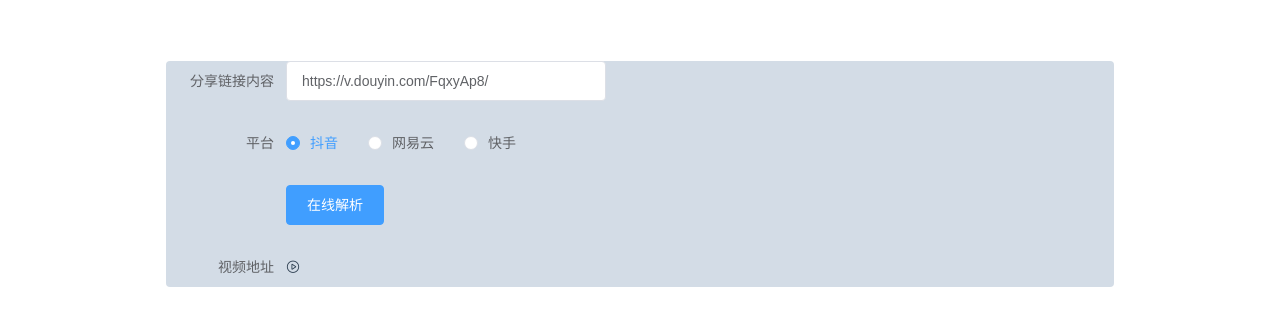
Repository: lyln/freepd
Page: / (app in frontend/freepd/)
An editor plug-in stored every save of this project. The page is shown before and after the next save, followed by the edit.
The browser window is 1280 px wide. The pictures show the whole page.
The project was rebuilt for these pictures with package versions that can differ from the ones it lists, and the page was loaded fresh each time.

Above is the page before, as saved 2022-05-26 09:21:11.

### frontend/freepd/index.html
<!DOCTYPE html>
<html>
  <head>
    <meta charset="utf-8">
    <meta name="viewport" content="width=device-width,initial-scale=1.0">
    <title>freepd</title>
  </head>
  <body>
    <div id="app"></div>
    <!-- built files will be auto injected -->
  </body>
</html>

### frontend/freepd/src/main.js
// The Vue build version to load with the `import` command
// (runtime-only or standalone) has been set in webpack.base.conf with an alias.
import Vue from 'vue'
import App from './App'
import router from './router'
import ElementUI from 'element-ui';
import 'element-ui/lib/theme-chalk/index.css';
import Meta from "vue-meta";

Vue.config.productionTip = false
Vue.use(ElementUI)
Vue.use(Meta);

/* eslint-disable no-new */
new Vue({
  el: '#app',
  router,
  components: { App },
  template: '<App/>'
})

### frontend/freepd/src/App.vue
<template>
	<div id="app">
		<router-view />
	</div>
</template>

<script>
export default {
	name: 'App',
}
</script>

<style>
#app {
	font-family: 'Avenir', Helvetica, Arial, sans-serif;
	-webkit-font-smoothing: antialiased;
	-moz-osx-font-smoothing: grayscale;
	text-align: center;
	color: #2c3e50;
	margin-top: 60px;
}
</style>

### frontend/freepd/src/components/HelloWorld.vue
<template>
	<el-row type="flex" justify="center">
		<el-col :span="18">
			<div class="grid-content bg-purple">
				<el-form ref="form" :model="form" label-width="120px" class="fpd-form">
					<el-form-item label="分享链接内容">
						<el-input v-model="form.url"></el-input>
					</el-form-item>
					<el-form-item label="平台" label-width="120px">
						<el-radio-group v-model="form.type">
							<el-radio :label="1">抖音</el-radio>
							<el-radio :label="2">网易云</el-radio>
							<el-radio :label="3">快手</el-radio>
						</el-radio-group>
					</el-form-item>
					<el-form-item>
						<el-button type="primary" @click="onSubmit">在线解析</el-button>
					</el-form-item>
					<el-form-item label="视频地址">
						<i class="el-icon-video-play"></i>
						<el-link :href="data.video.play" target="_blank">{{ data.title }}</el-link>
						<!-- {{data.video.play }} -->
					</el-form-item>
				</el-form>
			</div>
		</el-col>
	</el-row>

</template>
<script>
import axios from 'axios'
export default {
	name: 'HelloWorld',
	data() {
		return {
			msg: 'free parse download',
			form: {
				url: 'https://v.douyin.com/FqxyAp8/',
				type: 1,
			},
			data: {
				video: { play: '' },
				title: '',
			},
		}
	},
	metaInfo: {
		meta: [{ name: 'referrer', content: 'no-referrer' }],
	},
	methods: {
		onSubmit() {
			console.log('submit!')
			axios
				.post('http://127.0.0.1:8000/douyin', { url: this.form.url })
				.then((res) => {
					console.log(res.data)
					this.data = res.data
				})
				.catch((err) => {
					console.log('请求失败', err)
				})
		},
	},
}
</script>

<!-- Add "scoped" attribute to limit CSS to this component only -->
<style scoped>
h1,
h2 {
	font-weight: normal;
}
ul {
	list-style-type: none;
	padding: 0;
}
li {
	display: inline-block;
	margin: 0 10px;
}
a {
	color: #42b983;
}
.el-input {
	width: 320px;
}

.fpd-form {
	text-align: left;
	margin-top: 1px;
}

.text {
	font-size: 14px;
}

.item {
	padding: 18px 0;
}

.box-card {
	width: 480px;
}

.el-row {
	margin-bottom: 20px;
	&:last-child {
		margin-bottom: 0;
	}
}
.el-col {
	border-radius: 4px;
}
.bg-purple-dark {
	background: #99a9bf;
}
.bg-purple {
	background: #d3dce6;
}
.bg-purple-light {
	background: #e5e9f2;
}
.grid-content {
	border-radius: 4px;
	min-height: 36px;
}
.row-bg {
	padding: 10px 0;
	background-color: #f9fafc;
}

/* .wrapper {
	margin-left: auto;
	margin-right: auto;
	width: 90%;
}
.modunit {
	background-color: #fff;
	margin-top: 1rem;
	margin-bottom: 1rem;
	padding: 0;
	border: 1px solid #dedede;
	-moz-border-radius: 2px;
	-webkit-border-radius: 2px;
	border-radius: 2px;
}
.mod-content {
	margin: 0;
	padding: 1.5rem;
} */
</style>

Loaded but not shown: frontend/freepd/src/router/index.js (common file)

After the next save:
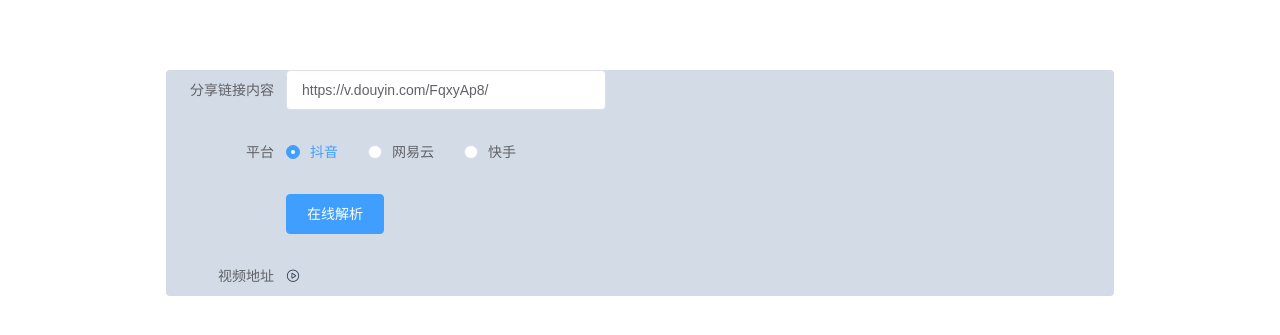
Saved 2 min 30 s later.
--- a/frontend/freepd/src/components/HelloWorld.vue
+++ b/frontend/freepd/src/components/HelloWorld.vue
@@ -3,7 +3,7 @@
 		<el-col :span="18">
 			<div class="grid-content bg-purple">
 				<el-form ref="form" :model="form" label-width="120px" class="fpd-form">
-					<el-form-item label="分享链接内容">
+					<el-form-item label="分享链接内容" style="margin-top: 10px;">
 						<el-input v-model="form.url"></el-input>
 					</el-form-item>
 					<el-form-item label="平台" label-width="120px">
@@ -87,7 +87,6 @@ a {
 
 .fpd-form {
 	text-align: left;
-	margin-top: 1px;
 }
 
 .text {
